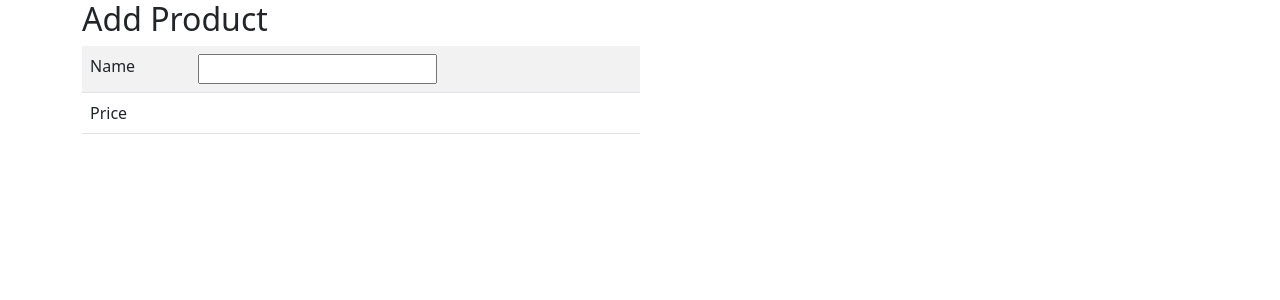
Repository: nguyenhung50497/MD3_thaoTacVoiFile
Page: BT_productManager2/templates/addProduct.html
An editor plug-in stored every save of this project. The page is shown before and after a run of saves, followed by the edit.
The browser window is 1280 px wide. The pictures show the whole page.
Some web libraries are served in a nearby version.

Above is the page before, as saved 2022-12-14 15:41:33.

After the next 8 saves:
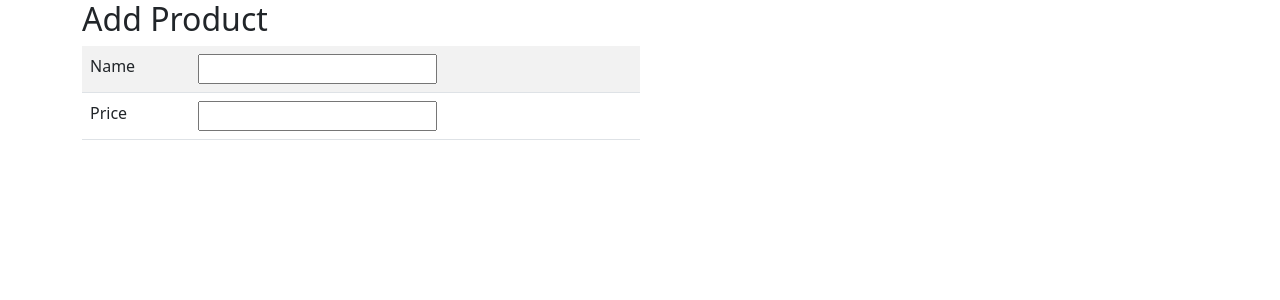
The 8 saves are shown as one change because they came seconds apart.
The last was saved 19 s later.
--- a/BT_productManager2/templates/addProduct.html
+++ b/BT_productManager2/templates/addProduct.html
@@ -17,7 +17,7 @@
                 </tr>
                 <tr>
                     <td>Price</td>
-                    <td></td>
+                    <td><input type="text" name="price"></td>
                 </tr>
             </table>
         </form>
